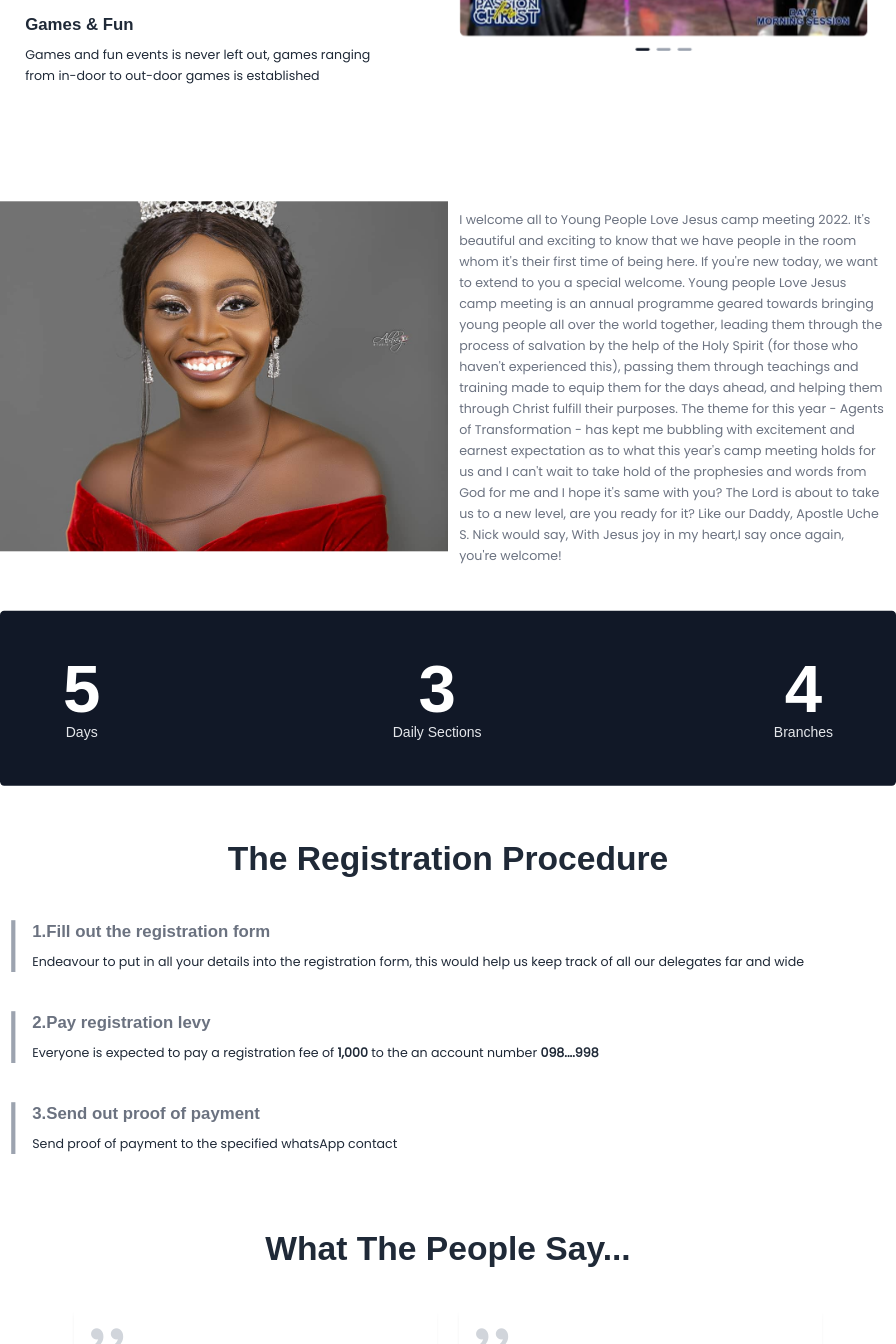
Repository: Ifenna-Pascal/user-camp-onboarding
Page: /
These files come from the project's save history. The page is drawn as it stood at one moment and after the next save; the edit follows.
The browser window is 1280 px wide. The pictures show the part of the page from y = 1892 to 3812 px (the page is 4302 px tall before and 4228 px after), at 70% of full size.
Some web fonts or font styles are not loaded; a fallback is used. The project was rebuilt for these pictures with package versions that can differ from the ones it lists, and the page was loaded fresh each time. The framework's server and built-in components were replaced by stand-ins that run in the browser. Also part of the build but not shown: next.config.js, styles/Home.module.css.

Above is the page before, as saved 2022-11-26 11:10:05.

After the next save:
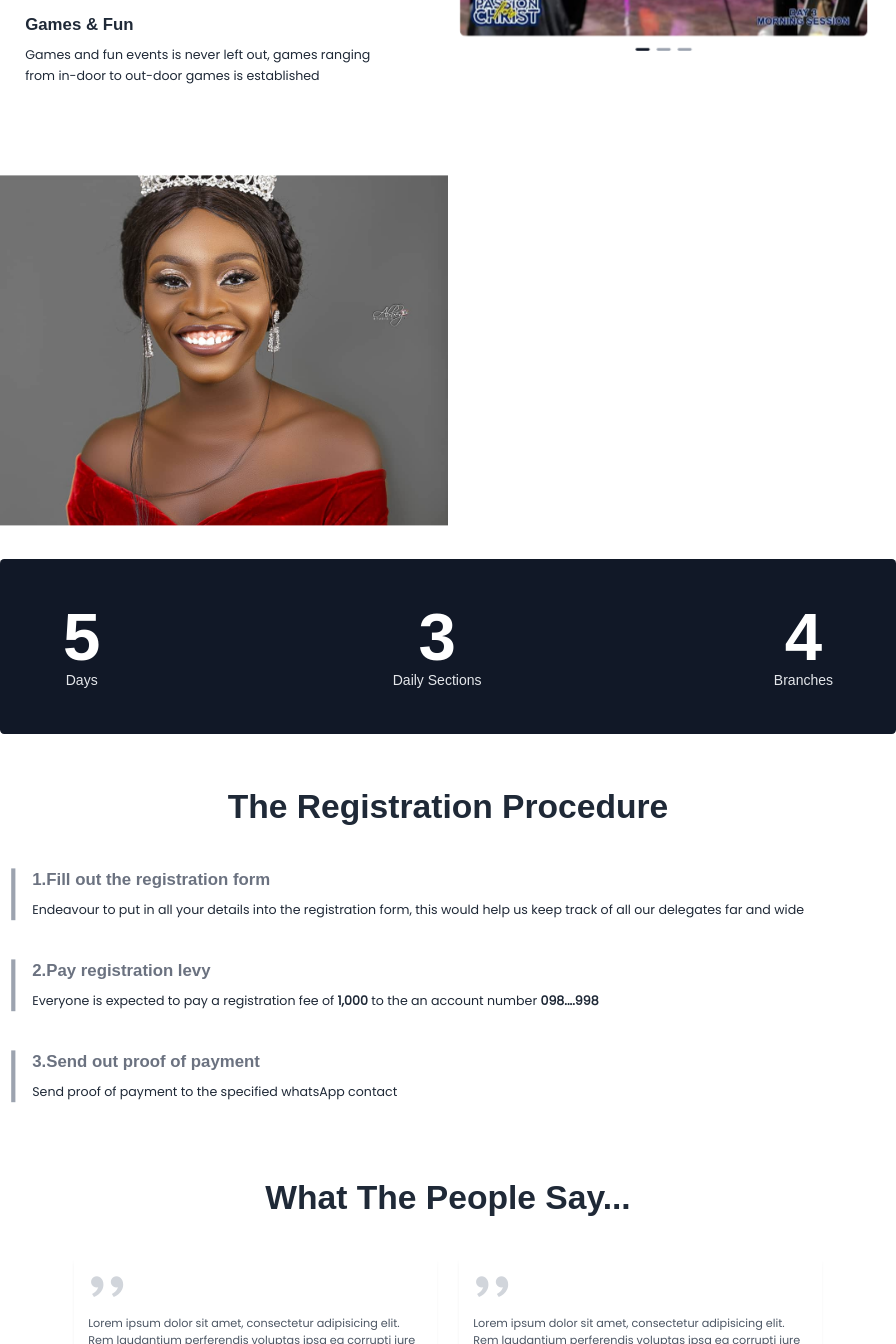
Saved 74 s later.
--- a/components/sections/Speech.jsx
+++ b/components/sections/Speech.jsx
@@ -2,6 +2,22 @@
 import React from "react";
 
 function Speech() {
+  let p = `  I welcome all to Young People Love Jesus camp meeting 2022. It's
+    beautiful and exciting to know that we have people in the room whom
+    it's their first time of being here. If you're new today, we want to
+    extend to you a special welcome. Young people Love Jesus camp meeting
+    is an annual programme geared towards bringing young people all over
+    the world together, leading them through the process of salvation by
+    the help of the Holy Spirit (for those who haven't experienced this),
+    passing them through teachings and training made to equip them for the
+    days ahead, and helping them through Christ fulfill their purposes.
+    The theme for this year - Agents of Transformation - has kept me
+    bubbling with excitement and earnest expectation as to what this
+    year's camp meeting holds for us and I can't wait to take hold of the
+    prophesies and words from God for me and I hope it's same with you?
+    The Lord is about to take us to a new level, are you ready for it?
+    Like our Daddy, Apostle Uche S. Nick would say, With Jesus joy in my
+    heart,I say once again, you're welcome!`;
   return (
     <div className="grid grid-cols-1 lg:grid-cols-2 pt-12 items-center justify-center ">
       <div className="w-full -mt-8  h-[500px]">
@@ -13,22 +29,7 @@ function Speech() {
       </div>
       <div>
         <p className="text-left block text-lg font-poppins  leading-[30px] text-gray-500 p-4">
-          {`  I welcome all to Young People Love Jesus camp meeting 2022. It's
-                beautiful and exciting to know that we have people in the room whom
-                it's their first time of being here. If you're new today, we want to
-                extend to you a special welcome. Young people Love Jesus camp meeting
-                is an annual programme geared towards bringing young people all over
-                the world together, leading them through the process of salvation by
-                the help of the Holy Spirit (for those who haven't experienced this),
-                passing them through teachings and training made to equip them for the
-                days ahead, and helping them through Christ fulfill their purposes.
-                The theme for this year - Agents of Transformation - has kept me
-                bubbling with excitement and earnest expectation as to what this
-                year's camp meeting holds for us and I can't wait to take hold of the
-                prophesies and words from God for me and I hope it's same with you?
-                The Lord is about to take us to a new level, are you ready for it?
-                Like our Daddy, Apostle Uche S. Nick would say, With Jesus joy in my
-                heart,I say once again, you're welcome!`}
+          {}
         </p>
       </div>
     </div>
